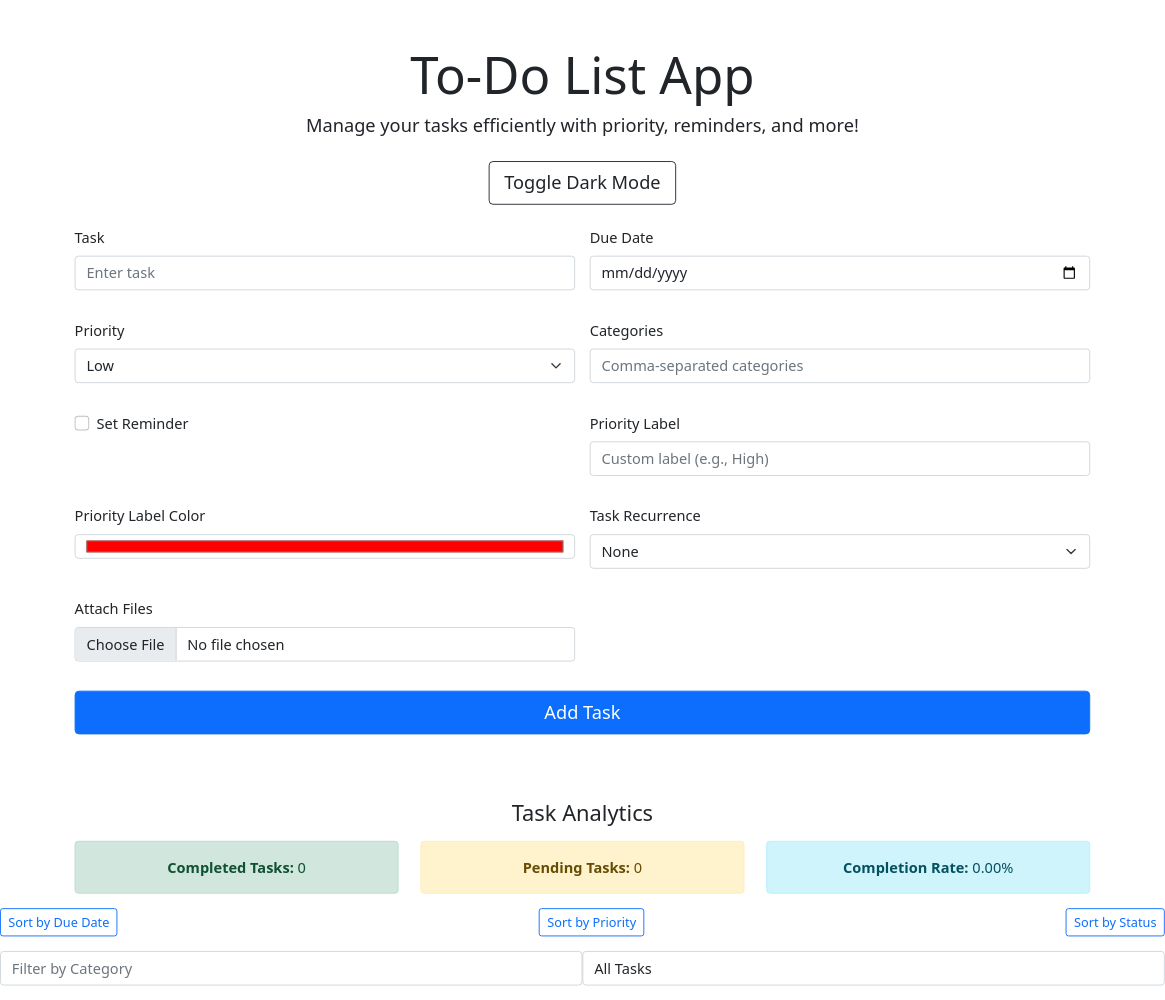
Repository: saniyaacharya04/todo-basic
Page: index.html
An editor plug-in stored every save of this project. The page is shown before and after the next save, followed by the edit.
The browser window is 1280 px wide. The pictures show the whole page, at 91% of full size.

Above is the page before, as saved 2025-05-12 18:20:20.

After the next save:
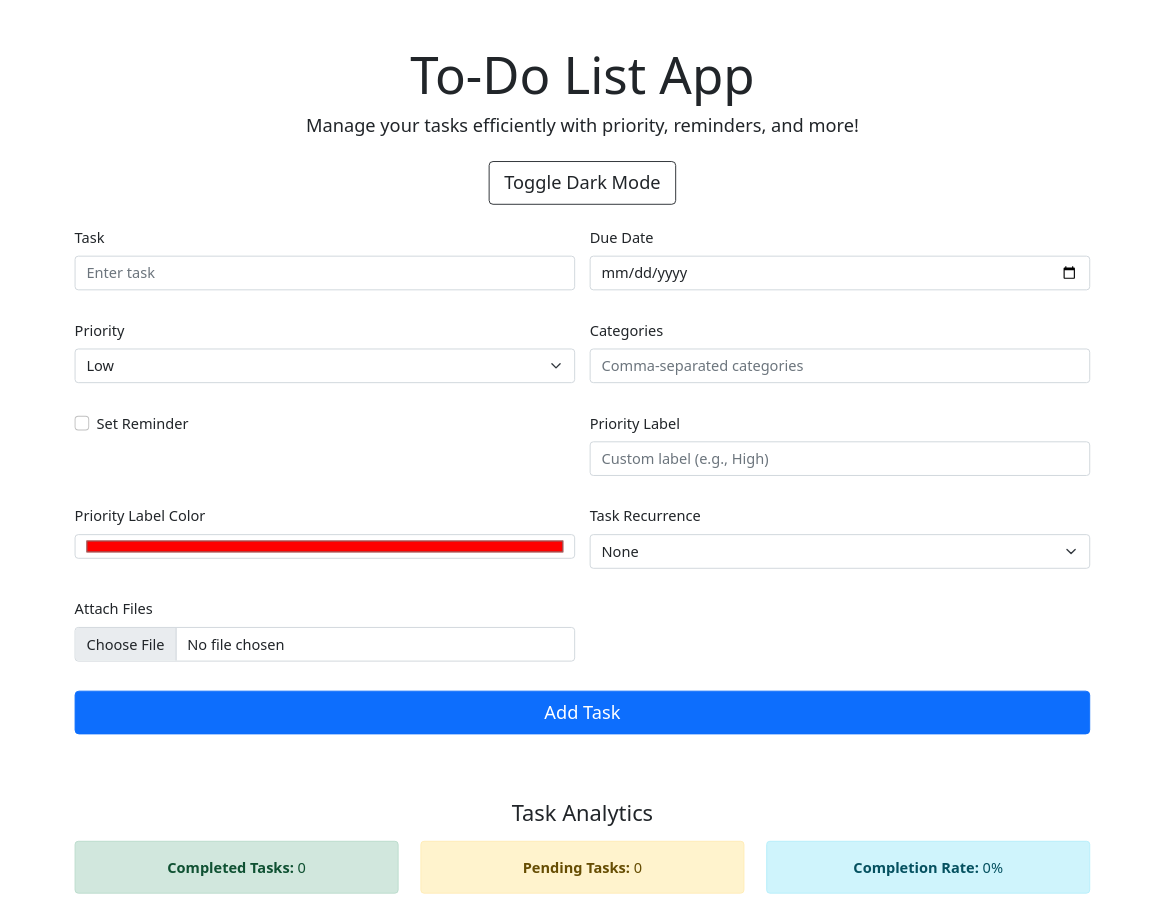
Console error: TypeError: Cannot set properties of null (setting 'onclick')
Saved 52 s later.
--- a/index.html
+++ b/index.html
@@ -129,24 +129,7 @@
         </div>
       </div>
     </div>
-  </div><!-- Sort and Filter Controls -->
-<div class="d-flex justify-content-between mb-3">
-  <!-- Sort Options -->
-  <button id="sort-by-due-date" class="btn btn-outline-primary btn-sm">Sort by Due Date</button>
-  <button id="sort-by-priority" class="btn btn-outline-primary btn-sm">Sort by Priority</button>
-  <button id="sort-by-status" class="btn btn-outline-primary btn-sm">Sort by Status</button>
-</div>
-
-<div class="d-flex justify-content-between mb-3">
-  <!-- Filter Options -->
-  <input type="text" id="filter-by-category" class="form-control" placeholder="Filter by Category">
-  <select id="filter-by-status" class="form-control">
-    <option value="all">All Tasks</option>
-    <option value="completed">Completed Tasks</option>
-    <option value="pending">Pending Tasks</option>
-  </select>
-</div>
-
+  </div>
 
   <!-- Bootstrap JS and dependencies -->
   <script src="https://cdn.jsdelivr.net/npm/@popperjs/core@2.11.6/dist/umd/popper.min.js"></script>

After the save that followed:
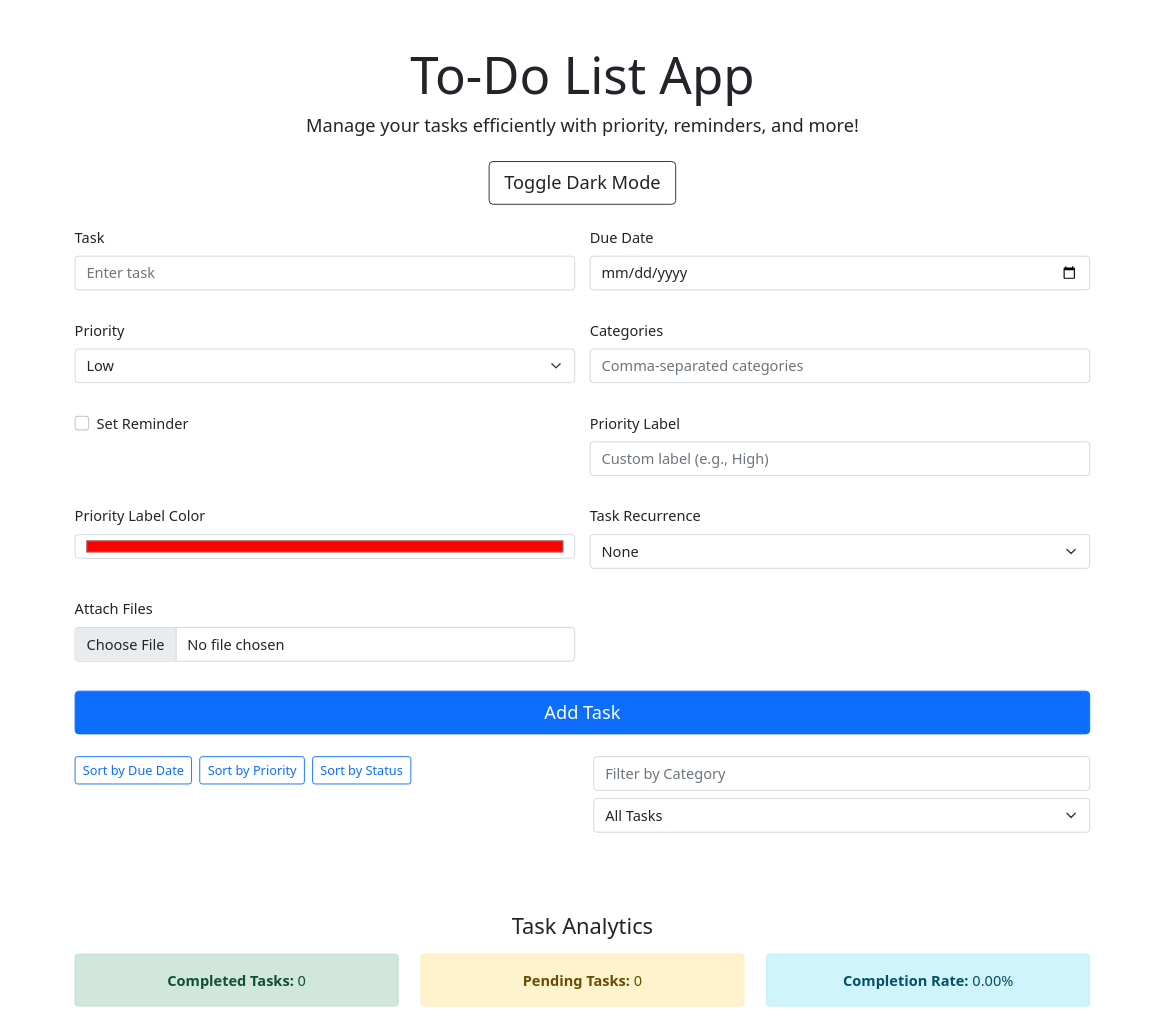
The error is gone.
Saved 9 s later.
--- a/index.html
+++ b/index.html
@@ -102,6 +102,28 @@
         <button class="btn btn-primary btn-lg w-100" id="add-task-btn">Add Task</button>
       </div>
     </div>
+<!-- Inside your main container, right above Task List -->
+<div class="row mt-4">
+  <!-- Sort Controls -->
+  <div class="col-md-6 mb-3">
+    <div class="d-flex flex-wrap gap-2">
+      <button id="sort-by-due-date" class="btn btn-outline-primary btn-sm">Sort by Due Date</button>
+      <button id="sort-by-priority" class="btn btn-outline-primary btn-sm">Sort by Priority</button>
+      <button id="sort-by-status" class="btn btn-outline-primary btn-sm">Sort by Status</button>
+    </div>
+  </div>
+  <!-- Filter Controls -->
+  <div class="col-md-6 mb-3">
+    <div class="d-flex flex-wrap gap-2">
+      <input type="text" id="filter-by-category" class="form-control" placeholder="Filter by Category">
+      <select id="filter-by-status" class="form-select">
+        <option value="all">All Tasks</option>
+        <option value="completed">Completed Tasks</option>
+        <option value="pending">Pending Tasks</option>
+      </select>
+    </div>
+  </div>
+</div>
 
     <!-- Task List -->
     <div id="task-list-container" class="mt-5">
